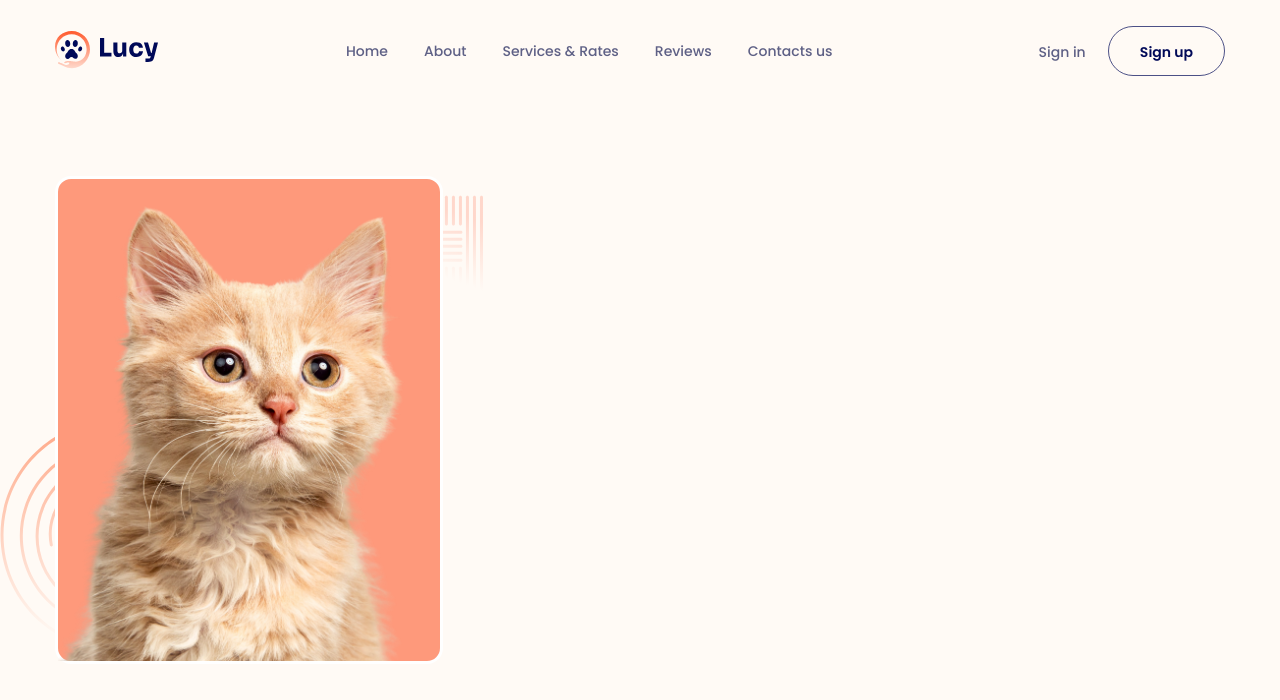
Repository: empty24062002/f8-project-05
Page: index.html
The author's editor kept a copy of each file at every save. The page is drawn from the files as they stood at one save, then again after the next save.
The browser window is 1280 px wide. The pictures show the whole page.

Above is the page before, as saved 2023-09-09 17:30:09.

### index.html
<!DOCTYPE html>
<html lang="en">
    <head>
        <meta charset="UTF-8" />
        <meta name="viewport" content="width=device-width, initial-scale=1.0" />
        <title>Lucy</title>
        <!-- favicon -->
        <link
            rel="apple-touch-icon"
            sizes="57x57"
            href="./assets/favicon/apple-icon-57x57.png"
        />
        <link
            rel="apple-touch-icon"
            sizes="60x60"
            href="./assets/favicon/apple-icon-60x60.png"
        />
        <link
            rel="apple-touch-icon"
            sizes="72x72"
            href="./assets/favicon/apple-icon-72x72.png"
        />
        <link
            rel="apple-touch-icon"
            sizes="76x76"
            href="./assets/favicon/apple-icon-76x76.png"
        />
        <link
            rel="apple-touch-icon"
            sizes="114x114"
            href="./assets/favicon/apple-icon-114x114.png"
        />
        <link
            rel="apple-touch-icon"
            sizes="120x120"
            href="./assets/favicon/apple-icon-120x120.png"
        />
        <link
            rel="apple-touch-icon"
            sizes="144x144"
            href="./assets/favicon/apple-icon-144x144.png"
        />
        <link
            rel="apple-touch-icon"
            sizes="152x152"
            href="./assets/favicon/apple-icon-152x152.png"
        />
        <link
            rel="apple-touch-icon"
            sizes="180x180"
            href="./assets/favicon/apple-icon-180x180.png"
        />
        <link
            rel="icon"
            type="image/png"
            sizes="192x192"
            href="./assets/favicon/android-icon-192x192.png"
        />
        <link
            rel="icon"
            type="image/png"
            sizes="32x32"
            href="./assets/favicon/favicon-32x32.png"
        />
        <link
            rel="icon"
            type="image/png"
            sizes="96x96"
            href="./assets/favicon/favicon-96x96.png"
        />
        <link
            rel="icon"
            type="image/png"
            sizes="16x16"
            href="./assets/favicon/favicon-16x16.png"
        />
        <link rel="manifest" href="./assets/favicon/manifest.json" />
        <meta name="msapplication-TileColor" content="#ffffff" />
        <meta
            name="msapplication-TileImage"
            content="./assets/favicon/ms-icon-144x144.png"
        />
        <meta name="theme-color" content="#ffffff" />
        <!-- reset CSS -->
        <link rel="stylesheet" href="./assets/css/reset.css" />
        <!-- embed font -->
        <link rel="preconnect" href="https://fonts.googleapis.com" />
        <link rel="preconnect" href="https://fonts.gstatic.com" crossorigin />
        <link
            href="https://fonts.googleapis.com/css2?family=Poppins:wght@300;400;500;600&family=Sora:wght@600;700;800&display=swap"
            rel="stylesheet"
        />
        <!-- style css -->
        <link rel="stylesheet" href="./assets/css/styles.css" />
    </head>
    <body>
        <!-- header -->
        <header class="header">
            <div class="container">
                <div class="header__inner">
                    <!-- logo -->
                    <a href="#!">
                        <img
                            src="./assets/img/logo.svg"
                            alt="Lucy"
                            class="header__logo"
                        />
                    </a>
                    <!-- navbar -->
                    <nav class="navbar">
                        <ul class="navbar__list">
                            <li class="navbar__item">
                                <a href="#!" class="navbar__link"> Home </a>
                            </li>
                            <li class="navbar__item">
                                <a href="#!" class="navbar__link"> About </a>
                            </li>
                            <li class="navbar__item">
                                <a href="#!" class="navbar__link"
                                    >Services & Rates
                                </a>
                            </li>
                            <li class="navbar__item">
                                <a href="#!" class="navbar__link"> Reviews </a>
                            </li>
                            <li class="navbar__item">
                                <a href="#!" class="navbar__link">
                                    Contacts us
                                </a>
                            </li>
                        </ul>
                    </nav>
                    <!-- header action -->
                    <div class="header-action">
                        <a href="#!" class="header-action__link">Sign in</a>
                        <a href="#!" class="btn header-action__btn">Sign up</a>
                    </div>
                </div>
            </div>
        </header>
        <!-- hero -->
        <section class="hero">
            <div class="container">
                <div class="hero__inner">
                    <!-- hero media -->
                    <div class="hero__media">
                        <div class="hero__img-wrap">
                            <img
                                src="./assets/img/hero__img1.png"
                                alt=""
                                class="hero__img"
                            />

                            <!-- Decorators -->
                            <img
                                src="./assets/img/decor__01.svg"
                                alt=""
                                class="hero__decor hero__decor-left"
                            />
                            <img
                                src="./assets/img/decor__02.svg"
                                alt=""
                                class="hero__decor hero__decor-right"
                            />
                        </div>
                    </div>
                    <!-- hero content -->
                    <section class="hero__content"></section>
                </div>
            </div>
        </section>
    </body>
</html>

### assets/css/styles.css
* {
    box-sizing: border-box;
}

html {
    font-size: 62.5%;
}

body {
    font-size: 1.6rem;
    font-family: "Poppins", sans-serif;
    background: #fffaf5;
}

/* common */

h1,
h2,
h3,
h4,
h5,
h6 {
    font-family: "Sora", sans-serif;
}

input,
textarea,
select,
button {
    font-size: inherit;
    font-family: inherit;
}

a {
    text-decoration: none;
}

.container {
    width: 1170px;
    max-width: calc(100% - 48px);
    margin: 0 auto;
}

.btn {
    --height: 56px;

    display: inline-block;
    min-width: 130px;
    height: var(--height);
    line-height: var(--height);
    border: 1px solid rgb(0, 9, 88, 0.7);
    border-radius: 99px;
    color: #000958;
    text-align: center;
    font-size: 1.4rem;
    font-weight: 600;
}

.btn:hover {
    opacity: 0.8;
}

/* header */
.header {
    padding: 26px 0;
}

.header__inner {
    display: flex;
    justify-content: space-between;
    align-items: center;
}

.navbar__list {
    display: flex;
}

.navbar__link,
.header-action__link {
    padding: 8px 18px;
    color: #5e6085;
    font-size: 1.4rem;
    font-weight: 500;
    line-height: 1; /* 100% */
}

.navbar__link:hover {
    color: #000958;
    text-shadow: 1px 0 0 currentColor;
}

.header-action__btn {
    --height: 50px;

    min-width: 117px;
}

/* hero */
.hero {
    margin-top: 74px;
}

.hero__inner {
    display: flex;
    justify-content: space-between;
    align-items: center;
}

.hero__img-wrap {
    position: relative;
    display: flex;
    justify-content: center;
    align-items: flex-end;
    width: 388px;
    height: 488px;
    border: 3px solid #fff;
    border-radius: 16px;
    background: #fe997b;
}

.hero__img {
    max-width: 100%;
    max-height: 100%;
}

.hero__decor {
    position: absolute;
    z-index: -1;
}

.hero__decor-left {
    left: -58px;
    bottom: 10px;
}

.hero__decor-right {
    top: 16px;
    right: -43px;
}

.hero__img-small;

Loaded but not shown: assets/css/reset.css (common file)

After the next save:
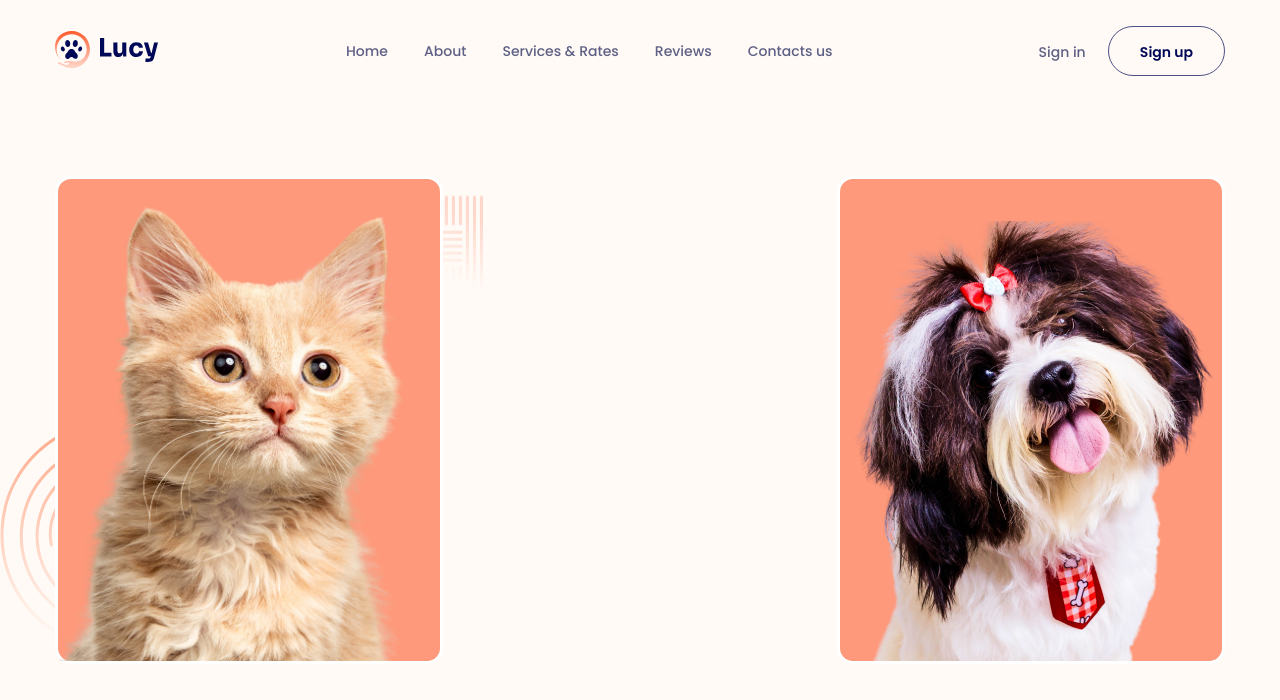
Saved 5 s later.
--- a/index.html
+++ b/index.html
@@ -164,6 +164,15 @@
                             />
                         </div>
                     </div>
+
+                    <div class="hero__img-wrap hero__img-wrap-small">
+                        <img
+                            src="./assets/img/hero__img2.png"
+                            alt=""
+                            class="hero__img hero__img-small"
+                        />
+                    </div>
+                </div>
                     <!-- hero content -->
                     <section class="hero__content"></section>
                 </div>
